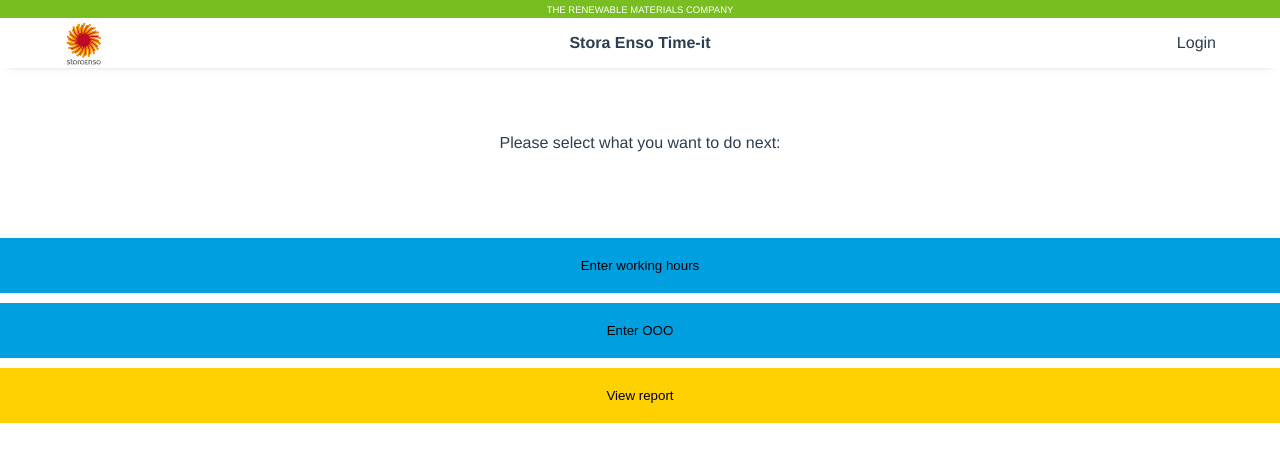
Repository: marianreha/vue-timeit
Page: /
These files come from the project's save history. The page is drawn as it stood at one moment and after the next save; the edit follows.
The browser window is 1280 px wide. The pictures show the whole page.
Some web fonts or font styles are not loaded; a fallback is used. The project was rebuilt for these pictures with package versions that can differ from the ones it lists, and the page was loaded fresh each time. Also part of the build but not shown: vue.config.js.

Above is the page before, as saved 2020-03-29 21:04:24.

After the next save:
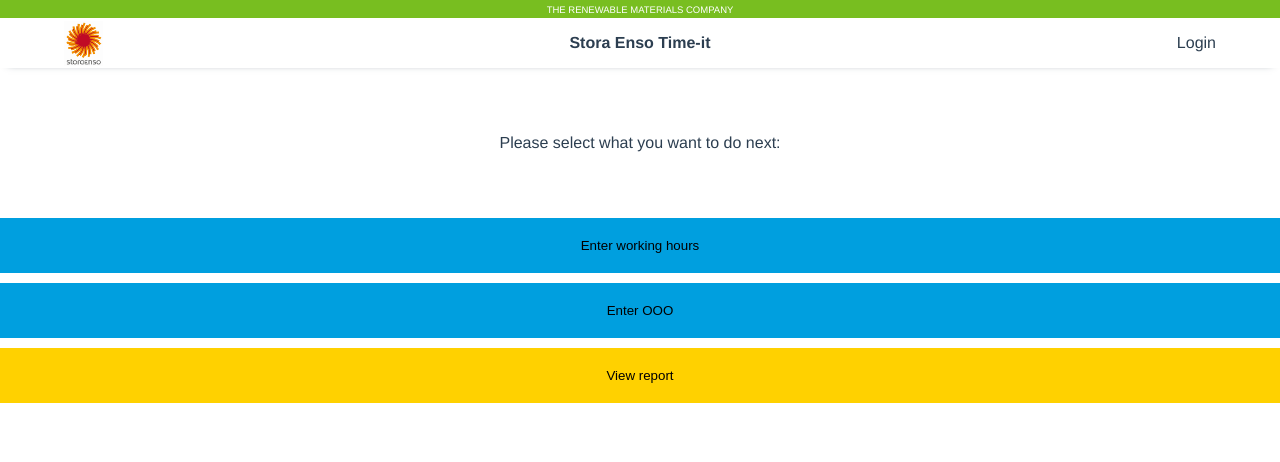
Saved 6 s later.
--- a/src/components/Home.vue
+++ b/src/components/Home.vue
@@ -21,7 +21,7 @@
 }
 
 .container {
-    padding-top: 20px;
+    padding-top: 0px;
     display: flex;
     flex-direction: column;
 }
